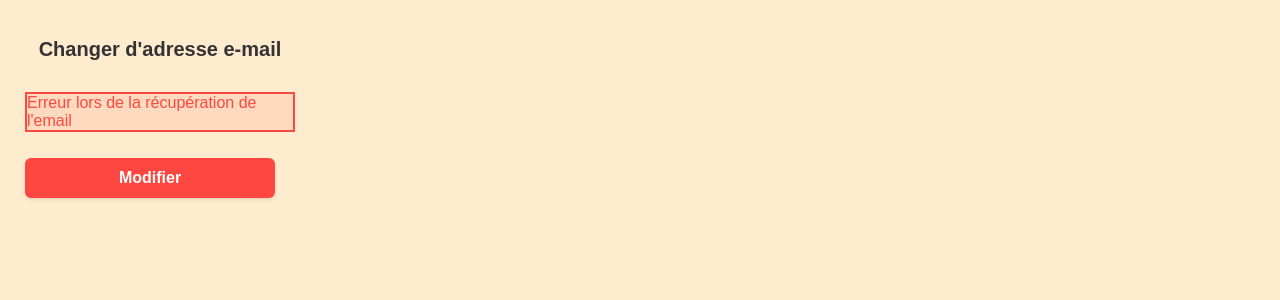
Repository: LeroyM084/Mushroom_Password
Page: ChromeExtension/templates/changeMail.html
These files come from the project's save history. The page is drawn as it stood at one moment and after the next save; the edit follows.
The browser window is 1280 px wide. The pictures show the whole page.
The page's requests for data from a server got no answer.

Above is the page before, as saved 2025-02-19 12:56:15.

### ChromeExtension/templates/changeMail.html
<!DOCTYPE html>
<html lang="fr">
	<head>
		<meta charset="UTF-8" />
		<meta name="viewport" content="width=device-width, initial-scale=1.0" />
		<title>Changer d'adresse e-mail</title>
		<link rel="stylesheet" href="../style/changeMail.css" />
		<script defer src="../scripts/changeMail.js"></script>
	</head>
	<body>
		<div class="container">
			<h1>Changer d'adresse e-mail</h1>
			<form id="emailForm">
				<label for="email">Nouvelle adresse e-mail :</label>
				<input type="email" id="email" name="email" required />
				<button type="submit" id="submitButton">Changer</button>
			</form>
		</div>
	</body>
</html>

### ChromeExtension/style/changeMail.css
html {
    border-radius: 10px;
}

body {
    font-family: Arial, sans-serif;
    color: #333;
    width: 300px;
    height: fit-content;
    background-color: blanchedalmond;
    min-height: 200px;
    max-height: 400px;
    margin: 0;
    padding: 15px;
    display: flex;
    flex-direction: column;
    box-sizing: border-box;
}

.container {
    width: 100%;
    padding: 10px;
    display: flex;
    flex-direction: column;
    align-items: center;
}

h1 {
    font-size: 20px;
    font-weight: bold;
    color: #333;
    text-align: center;
    margin-bottom: 15px;
}

#emailForm {
    width: 100%;
    display: flex;
    flex-direction: column;
    align-items: center;
    gap: 15px;
}

label {
    font-size: 16px;
    font-weight: 700;
    color: #333;
}

input[type="email"] {
    width: 100%;
    padding: 10px;
    border: 2px solid #ff4742;
    border-radius: 6px;
    box-sizing: border-box;
    font-size: 16px;
}

button {
    width: calc(100% - 20px);
    display: inline-block;
    outline: 0;
    cursor: pointer;
    border-radius: 6px;
    border: 2px solid #ff4742;
    color: #fff;
    background-color: #ff4742;
    padding: 8px 15px;
    box-shadow: rgba(0,0,0,0.07) 0px 2px 4px 0px, rgba(0,0,0,0.05) 0px 1px 1.5px 0px;
    font-weight: 700;
    font-size: 16px;
    height: 40px;
    margin-top: 10px;
    transition: background-color .3s, color .3s;
}

button:hover {
    background-color: #fff;
    color: #ff4742;
}

/* Styles pour les messages de succès/erreur */
#message {
    margin-top: 20px;
    padding: 15px;
    border-radius: 6px;
    width: 100%;
    box-sizing: border-box;
    text-align: center;
}

.success {
    background-color: rgba(40, 167, 69, 0.1);
    border: 2px solid #28a745;
    color: #28a745;
}

.error {
    background-color: rgba(255, 71, 66, 0.1);
    border: 2px solid #ff4742;
    color: #ff4742;
}

#message a {
    display: inline-block;
    margin-top: 10px;
    color: inherit;
    text-decoration: none;
    font-weight: 700;
}

#message a:hover {
    text-decoration: underline;
}

### ChromeExtension/scripts/changeMail.js
document.addEventListener("DOMContentLoaded", async () => {
	const container = document.querySelector(".container");
	const form = document.querySelector("#emailForm");
	form.style.display = "none"; // Cache le formulaire initialement

	// Création de la div pour afficher l'email actuel
	const currentEmailDiv = document.createElement("div");
	currentEmailDiv.id = "currentEmail";
	currentEmailDiv.className = "email-display";
	container.insertBefore(currentEmailDiv, form);

	try {
		// Récupération de l'email actuel
		const response = await fetch("http://localhost:5000/getEmail");
		const data = await response.json();

		// Affichage de l'email et du bouton
		currentEmailDiv.innerHTML = `
            <p>Adresse e-mail actuelle : <strong>${data.email}</strong></p>
            <button id="changeButton" type="button">Modifier</button>
        `;

		// Gestionnaire pour le bouton "Modifier"
		document
			.getElementById("changeButton")
			.addEventListener("click", () => {
				currentEmailDiv.style.display = "none";
				form.style.display = "flex";
			});
	} catch (error) {
		console.error("Erreur lors de la récupération de l'email:", error);
		currentEmailDiv.innerHTML = `
            <p class="error">Erreur lors de la récupération de l'email</p>
            <button id="changeButton" type="button">Modifier</button>
        `;
	}

	// Reste du code existant pour la gestion du formulaire
	const emailInput = document.querySelector('input[type="email"]');
	const messageDiv = document.createElement("div");
	messageDiv.id = "message";
	form.appendChild(messageDiv);

	form.addEventListener("submit", async (e) => {
		e.preventDefault();
		const email = emailInput.value;

		try {
			const response = await fetch("http://localhost:5000/changeMail", {
				method: "POST",
				headers: {
					"Content-Type": "application/json",
				},
				body: JSON.stringify({ email: email }),
			});

			const data = await response.json();

			if (!response.ok) {
				throw new Error(
					data.error || "Erreur lors du changement d'email"
				);
			}

			// Afficher le message de succès
			messageDiv.innerHTML = `
                <div class="success">
                    ${data.message}<br>
                    <a href="index.html">Retour à l'accueil</a>
                </div>
            `;
		} catch (error) {
			console.error("Erreur:", error);
			messageDiv.innerHTML = `
                <div class="error">
                    Une erreur est survenue: ${error.message}<br>
                    <a href="index.html">Retour à l'accueil</a>
                </div>
            `;
		}
	});
});

After the next save:
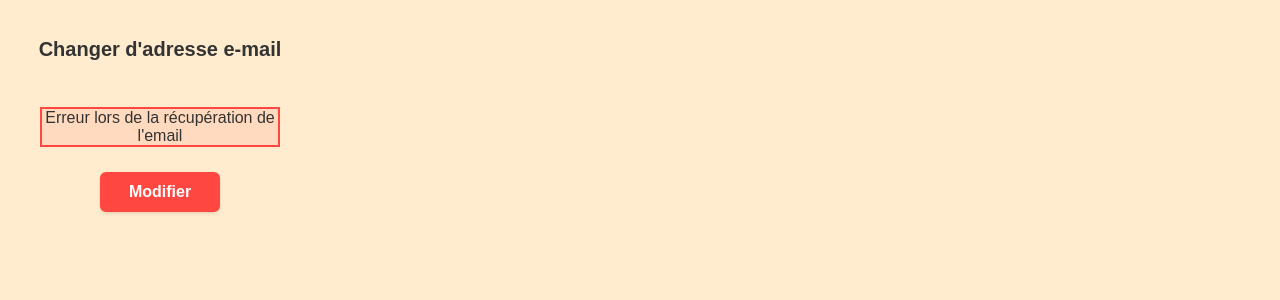
Saved 12 s later.
--- a/ChromeExtension/style/changeMail.css
+++ b/ChromeExtension/style/changeMail.css
@@ -99,6 +99,7 @@ button:hover {
     background-color: rgba(255, 71, 66, 0.1);
     border: 2px solid #ff4742;
     color: #ff4742;
+    margin-bottom: 15px;
 }
 
 #message a {
@@ -112,3 +113,27 @@ button:hover {
 #message a:hover {
     text-decoration: underline;
 }
+
+.email-display {
+    text-align: center;
+    margin-bottom: 20px;
+    padding: 15px;
+    width: 100%;
+    box-sizing: border-box;
+}
+
+.email-display p {
+    margin-bottom: 15px;
+    font-size: 16px;
+    color: #333;
+}
+
+.email-display strong {
+    color: #ff4742;
+    font-weight: bold;
+}
+
+#changeButton {
+    width: auto;
+    min-width: 120px;
+}
